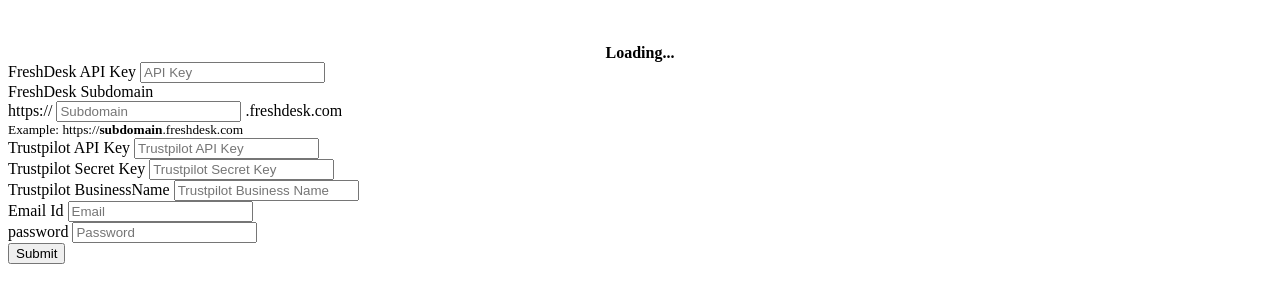
Repository: venkat8295/Ticket-Fetch
Page: html/index.html
The author's editor kept a copy of each file at every save. The page is drawn from the files as they stood at one save, then again after the next save.
The browser window is 1280 px wide. The pictures show the whole page.

Above is the page before, as saved 2021-01-07 12:39:06.

### html/index.html
<form class="form-signin" action="/" method="POST">
	<div class="container-fluid">
		<div
			id="alertSuccess"
			class="alert alert-success"
			style="display: none"
		></div>
		<div
			id="alertFailure"
			class="alert alert-danger"
			style="display: none"
		></div>

		<div class="loading">
			<center>
				<i
					class="fa fa-spinner fa-spin loader"
					style="font-size: 40px"
				></i
				><br /><br />
				<strong>Loading...</strong>
			</center>
		</div>

		<div id="step1">
			<div class="form-group">
				<label>FreshDesk API Key</label>
				<input
					type="text"
					class="form-control"
					name="apikey"
					id="apikey"
					placeholder="API Key"
					required
				/>
			</div>
			<div class="form-group">
				<label>FreshDesk Subdomain</label>
				<div class="input-group">
					<span class="input-group-addon">https://</span>
					<input
						type="text"
						class="form-control"
						name="subdomain"
						id="subdomain"
						placeholder="Subdomain"
						required
					/>
					<span class="input-group-addon">.freshdesk.com</span>
				</div>
				<small>Example: https://<b>subdomain</b>.freshdesk.com</small>
			</div>
			<div class="form-group">
				<label>Trustpilot API Key</label>
				<input
					type="text"
					class="form-control"
					name="tp_apikey"
					id="tp_apikey"
					placeholder="Trustpilot API Key"
				/>
			</div>
			<div class="form-group">
				<label>Trustpilot Secret Key</label>
				<input
					type="text"
					class="form-control"
					name="tp_secretkey"
					id="tp_secretkey"
					placeholder="Trustpilot Secret Key"
				/>
			</div>
			<div class="form-group">
				<label>Trustpilot BusinessName</label>
				<input
					type="text"
					class="form-control"
					name="tp_businessName"
					id="tp_businessName"
					placeholder="Trustpilot Business Name"
				/>
			</div>
			<div class="form-group">
				<label>Email Id</label>
				<input
					type="text"
					class="form-control"
					name="email"
					id="email"
					placeholder="Email"
				/>
			</div>
			<div class="form-group">
				<label>password</label>
				<input
					type="text"
					class="form-control"
					name="password"
					id="password"
					placeholder="Password"
				/>
			</div>
			<button id="submit" class="btn btn-primary">Submit</button>
		</div>
	</div>
</form>

After the next save:
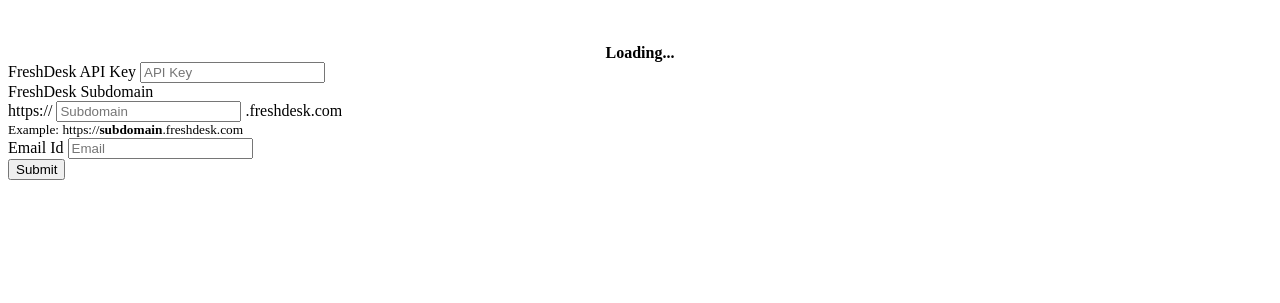
Saved 46 s later.
--- a/html/index.html
+++ b/html/index.html
@@ -51,36 +51,6 @@
 				<small>Example: https://<b>subdomain</b>.freshdesk.com</small>
 			</div>
 			<div class="form-group">
-				<label>Trustpilot API Key</label>
-				<input
-					type="text"
-					class="form-control"
-					name="tp_apikey"
-					id="tp_apikey"
-					placeholder="Trustpilot API Key"
-				/>
-			</div>
-			<div class="form-group">
-				<label>Trustpilot Secret Key</label>
-				<input
-					type="text"
-					class="form-control"
-					name="tp_secretkey"
-					id="tp_secretkey"
-					placeholder="Trustpilot Secret Key"
-				/>
-			</div>
-			<div class="form-group">
-				<label>Trustpilot BusinessName</label>
-				<input
-					type="text"
-					class="form-control"
-					name="tp_businessName"
-					id="tp_businessName"
-					placeholder="Trustpilot Business Name"
-				/>
-			</div>
-			<div class="form-group">
 				<label>Email Id</label>
 				<input
 					type="text"
@@ -90,16 +60,6 @@
 					placeholder="Email"
 				/>
 			</div>
-			<div class="form-group">
-				<label>password</label>
-				<input
-					type="text"
-					class="form-control"
-					name="password"
-					id="password"
-					placeholder="Password"
-				/>
-			</div>
 			<button id="submit" class="btn btn-primary">Submit</button>
 		</div>
 	</div>
